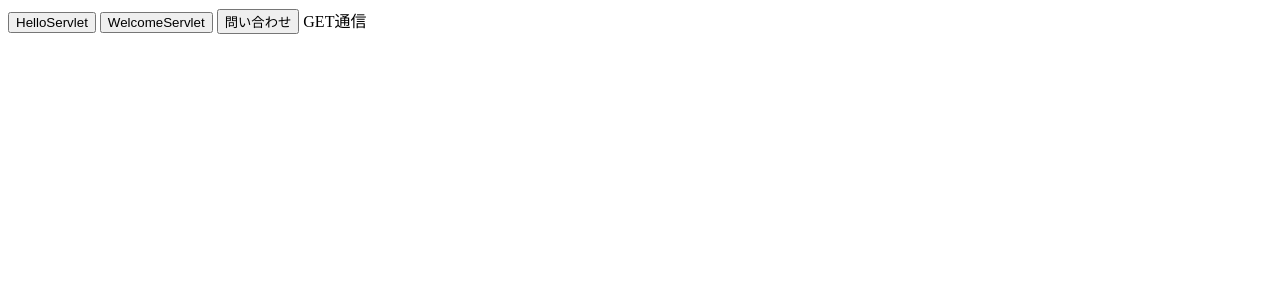
Repository: hmori696/test
Page: http://localhost/HelloServlet/
The author's editor kept a copy of each file at every save. The page is drawn from the files as they stood at one save, then again after the next save.
The browser window is 1280 px wide. The pictures show the whole page.
The page is served by Tomcat 9. Other server files are loaded and not shown.

Above is the page before, as saved 2019-09-04 10:46:14.

### HelloServlet/WebContent/index.jsp
<%@ page language="java" contentType="text/html; charset=UTF-8"
    pageEncoding="UTF-8"%>
<!DOCTYPE html >
<html>
<head>
<meta charset="UTF-8">
<title>HelloServlet</title>
</head>
<body>
<input type="button"value="HelloServlet"onClick="location.href='HelloServlet'">
<input type="button"value="WelcomeServlet"onClick="location.href='welcome.jsp'">
<input type="button"value="問い合わせ"onClick="location.href='inquiry.jsp'">

GET通信
<form method="get"action="TestServlet">





</form>








</body>
</html>

After the next save:
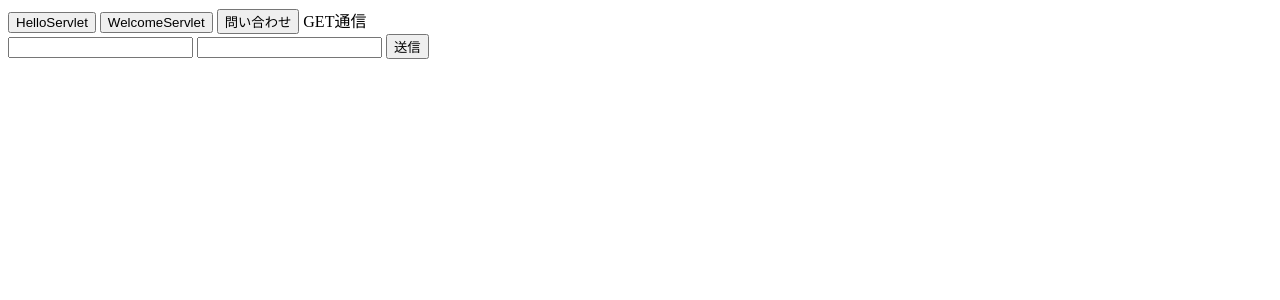
Saved 106 s later.
--- a/HelloServlet/WebContent/index.jsp
+++ b/HelloServlet/WebContent/index.jsp
@@ -13,11 +13,9 @@
 
 GET通信
 <form method="get"action="TestServlet">
-
-
-
-
-
+<input type="text" name="username">
+<input type="password"name="password">
+<input type="submit"value="送信">
 </form>
 
 
